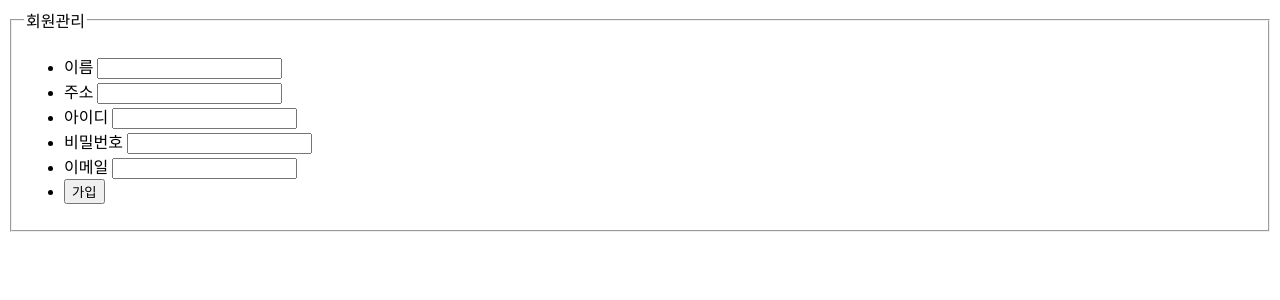
Repository: ghs0814/jsp-workspace
Page: ServletProject/src/main/webapp/bbs/write.html
An editor plug-in stored every save of this project. The page is shown before and after the next save, followed by the edit.
The browser window is 1280 px wide. The pictures show the whole page.

Above is the page before, as saved 2026-05-21 04:11:20.

After the next save:
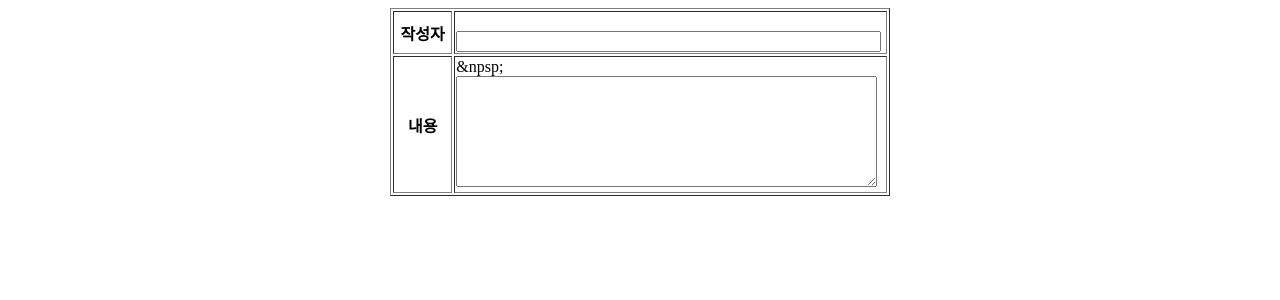
Saved 4 min 39 s later.
--- a/ServletProject/src/main/webapp/bbs/write.html
+++ b/ServletProject/src/main/webapp/bbs/write.html
@@ -6,34 +6,23 @@
 </head>
 <body>
 <form action="" method="post">
-		<fieldset>
-			<legend> 회원관리 </legend>
-				<ul>
-					<li>
-						<label>이름</label>
-						<input type="text" name="userName">
-					</li>
-					<li>
-						<label>주소</label>
-						<input type="text" name="address">
-					</li>
-					<li>
-						<label>아이디</label>
-						<input type="text" name="userId">
-					</li>
-					<li>
-						<label>비밀번호</label>
-						<input type="password" name="passwd">
-					</li>
-					<li>
-						<label>이메일</label>
-						<input type="email" name="email">
-					</li>
-					<li>
-						<input type="submit" value="가입">
-					</li>
-				</ul>
-		</fieldset>
+		<table align="center" width="500" border="1">
+			<tr>
+				<th width="70">작성자</th>
+				<td width="430">&nbsp;
+					<input type="text" name="write" size="50">
+				</td>
+			</tr>
+
+			<tr>
+				<th>내용</th>
+				<td>
+					&npsp;<textarea rows="7" cols="50" name="memo"></textarea>
+				</td>
+			</tr>
+
+
+		</table>
 
 	</form>
 
